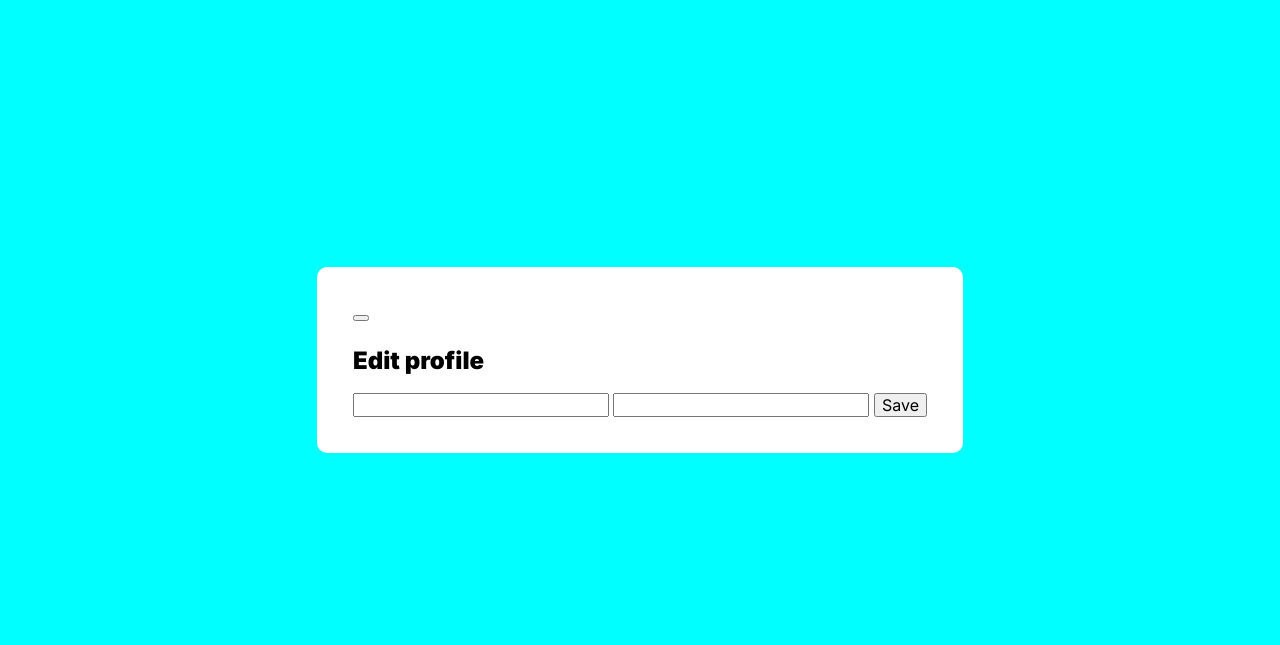
Repository: luisbaezx/se_project_aroundtheus
Page: index.html
These files come from the project's save history. The page is drawn as it stood at one moment and after the next save; the edit follows.
The browser window is 1280 px wide. The pictures show the window.
A layer covers the whole window, so only the first screen is drawn.

Above is the page before, as saved 2024-09-15 14:56:44.

### index.html
<!DOCTYPE html>
<html lang="en">
  <head>
    <meta charset="UTF-8" />
    <meta name="viewport" content="width=device-width, initial-scale=1" />
    <title>Around the U.S</title>
    <meta name="author" content="Luis Baez" />
    <link rel="stylesheet" href="pages/index.css" />
  </head>
  <body class="page">
    <div class="page__content">
      <header class="header page__section">
        <img
          src="./images/logo.svg"
          alt="Around the U.S. Logo"
          class="header__image"
        />
      </header>
      <main class="content">
        <section class="profile page__section">
          <img
            src="./images/jacques-cousteau.jpg"
            alt="Avatar"
            class="profile__image"
          />
          <div class="profile__info">
            <h1 class="profile__title">Jacques Cousteau</h1>
            <button class="profile__edit-button" type="button"></button>
            <p class="profile__description">Explorer</p>
          </div>
          <button class="profile__add-button" type="button"></button>
        </section>
        <section class="cards page__section">
          <ul class="cards__list">
            <li class="card">
              <img
                src="./images/yosemite.jpg"
                alt="Yosemite"
                class="card__image"
              />
              <div class="card__description">
                <h2 class="card__title">Yosemite Valley</h2>
                <button class="card__like-button" type="button"></button>
              </div>
            </li>
            <li class="card">
              <img
                src="./images/lake-louise.jpg"
                alt="Lake Louise"
                class="card__image"
              />
              <div class="card__description">
                <h2 class="card__title">Lake Louise</h2>
                <button class="card__like-button" type="button"></button>
              </div>
            </li>
            <li class="card">
              <img
                src="./images/bald-mountains.jpg"
                alt="Bald Mountains"
                class="card__image"
              />
              <div class="card__description">
                <h2 class="card__title">Bald Mountains</h2>
                <button class="card__like-button" type="button"></button>
              </div>
            </li>
            <li class="card">
              <img
                src="./images/latemar.jpg"
                alt="Laterman"
                class="card__image"
              />
              <div class="card__description">
                <h2 class="card__title">Latemar</h2>
                <button class="card__like-button" type="button"></button>
              </div>
            </li>
            <li class="card">
              <img
                src="./images/vanoise.jpg"
                alt="Vanoise"
                class="card__image"
              />
              <div class="card__description">
                <h2 class="card__title">Vanoise National Park</h2>
                <button class="card__like-button" type="button"></button>
              </div>
            </li>
            <li class="card">
              <img src="./images/lago.jpg" alt="Lago" class="card__image" />
              <div class="card__description">
                <h2 class="card__title">Lago di Braies</h2>
                <button class="card__like-button" type="button"></button>
              </div>
            </li>
          </ul>
        </section>
      </main>
      <footer class="footer">
        <p class="footer__copyright">&copy; 2024 Around The U.S.</p>
      </footer>
    </div>
    <div class="modal">
      <div class="modal__container">
        <button class="modal__close"></button>
        <p class="modal__heading">Edit profile</p>
        <form class="modal__form">
          <input type="text" name="title" />
          <input type="text" name="description" />
          <button class="modal__button">Save</button>
        </form>
      </div>
    </div>
    <script src="./scripts/index.js"></script>
  </body>
</html>

### pages/index.css
@import url("../vendor/normalize.css");
@import url("../vendor/fonts.css");
@import url("../blocks/page.css");
@import url("../blocks/header.css");
@import url("../blocks/profile.css");
@import url("../blocks/cards.css");
@import url("../blocks/card.css");
@import url("../blocks/footer.css");
@import url("../blocks/modal.css");

### blocks/page.css
.page {
  font-family: Inter, Arial, Helvetica, sans-serif;
  background-color: black;
  color: white;
}

.page__section {
  max-width: 880px;
  width: 100%;
  position: relative;
  margin: 0 auto;
}

.page__content {
  display: flex;
  flex-direction: column;
  min-height: 100vh;
  padding: 0 20px;
}
@media screen and (max-width: 450px) {
  .page__section {
    max-width: none;
  }
}

### blocks/header.css
.header {
  margin-top: 45px;
  border-width: 880px;
  border-bottom: 1px solid rgba(84, 84, 84, 0.7);
  padding-bottom: 41px;
}

.header__image {
  width: 173px;
  height: 33px;
}
@media screen and (max-width: 450px) {
  .header {
    margin-top: 28px;
    padding-bottom: 28px;
  }

  .header__image {
    width: 126px;
    height: 24px;
  }
}

### blocks/profile.css
.profile {
  display: flex;
  align-items: center;
  padding-top: 40px;
  min-width: 282px;
}

.profile__info {
  display: grid;
  grid-template-areas:
    "title button"
    "description description";
  grid-template-columns: minmax(auto, 375px) auto;
  margin-right: 12px;
  align-items: center;
  gap: 15px;
}

.profile__edit-button {
  background: transparent url(../images/edit-icon.svg) center no-repeat;
  height: 24px;
  width: 24px;
  grid-area: button;
  border: 1px white solid;
  white-space: nowrap;
  overflow: hidden;
}

.profile__edit-button:hover {
  opacity: 0.6;
  cursor: pointer;
}

.profile__add-button {
  background: transparent url(../images/add-icon.svg) center no-repeat;
  width: 150px;
  height: 50px;
  margin-left: auto;
  border: 2px white solid;
  border-radius: 2px;
  transition: opacity 0.3s ease-in;
}

.profile__add-button:hover {
  opacity: 0.6;
  cursor: pointer;
}
.profile__title {
  font-size: 42px;
  line-height: 48px;
  font-weight: 500;
  grid-area: title;
  margin: 0;
  text-overflow: ellipsis;
  white-space: nowrap;
  overflow: hidden;
}

.profile__description {
  font-size: 18px;
  line-height: 22px;
  font-weight: 400;
  grid-area: description;
  margin: 0;
  text-overflow: ellipsis;
  white-space: nowrap;
  overflow: hidden;
  max-width: 370px;
}

.profile__image {
  height: 120px;
  width: 120px;
  border-radius: 50%;
  object-fit: cover;
  object-position: center;
  margin-right: 24px;
}

@media screen and (max-width: 770px) {
  .profile {
    flex-direction: column;
  }

  .profile__info {
    display: flex;
    flex-wrap: wrap;
    justify-content: center;
    width: 100%;
  }

  .profile__description {
    width: 100%;
    text-align: center;
    margin-bottom: 40px;
  }

  .profile__add-button {
    margin: 0;
    width: 80%;
  }
}

@media screen and (max-width: 450px) {
  .profile {
    justify-content: space-around;
    padding-top: 42;
  }
  .profile__title {
    font-size: 22px;
  }

  .profile__description {
    font-size: 14px;
    line-height: 16.94px;
    margin-bottom: 36px;
  }

  .profile__edit-button {
    width: 18px;
    height: 18px;
    display: flex;
    justify-content: flex-end;
  }

  .profile__add-button {
    width: 282px;
  }

  .profile__image {
    margin: 0;
    min-width: auto;
  }
}

### blocks/cards.css
.cards {
  margin-top: 30px;
  border-radius: 10px;
}

.card__list {
  display: grid;
  justify-content: center;
  grid-template-columns: repeat(auto-fit, 282px);
  grid-gap: 20px 17px;
  padding: 0;
  margin: 0;
}

.card {
  display: flex;
  flex-direction: column;
  list-style: none;
  border-radius: 10px;
  overflow: hidden;
}

.card__image {
  width: 282px;
  height: 282px;
}

.card__title {
  max-width: 220px;
  font-size: 24px;
  font-weight: 900;
  line-height: 29px;
  text-overflow: ellipsis;
  white-space: nowrap;
  overflow: hidden;
  margin: 0;
}

.card__description {
  display: flex;
  background-color: white;
  color: black;
  padding-top: 25px;
  padding-bottom: 25px;
  padding-left: 20px;
  padding-right: 20px;
  align-items: center;
  justify-content: space-between;
}

.card__like-button {
  background: transparent url(../images/like-inactive.svg) center no-repeat;
  width: 21px;
  height: 18px;
  border: none;
  transition: opacity 0.3s ease;
}

.card__like-button:hover {
  opacity: 0.5;
}

### blocks/card.css
.card {
  display: flex;
  flex-direction: column;
  list-style: none;
  border-radius: 10px;
  overflow: hidden;
}

.card__image {
  width: 282px;
  height: 282px;
}

.card__title {
  max-width: 220px;
  font-size: 24px;
  font-weight: 900;
  line-height: 29px;
  text-overflow: ellipsis;
  white-space: nowrap;
  overflow: hidden;
  margin: 0;
}

.card__description {
  display: flex;
  background-color: white;
  color: black;
  padding-top: 25px;
  padding-bottom: 25px;
  padding-left: 20px;
  padding-right: 20px;
  align-items: center;
  justify-content: space-between;
}

.card__like-button {
  background: transparent url(../images/like-active.svg) center no-repeat;
  width: 21px;
  height: 18px;
  border: none;
  transition: opacity 0.3s ease-in;
}

.card__like-button:hover {
  opacity: 0.5;
  cursor: pointer;
}

### blocks/footer.css
.footer {
  width: 100%;
  max-width: 880px;
  margin: 0 auto;
  text-align: left;
}

.footer__copyright {
  color: #545454;
  margin-left: auto;
  margin-right: auto;
  margin-top: 67px;
}

@media screen and (max-width: 600px) {
  .footer {
    max-width: 282px;
  }

  .footer__copyright {
    font-size: 14px;
    margin-top: 40px;
    margin-bottom: 36px;
  }
}

### blocks/modal.css
.modal {
  position: fixed;
  top: 0;
  left: 0;
  bottom: 0;
  right: 0;
  background-color: aqua;
  z-index: 999;
  display: flex;
}

.modal__container {
  background-color: #fff;
  margin: auto;
  padding: 36px;
  border-radius: 10px;
}

.modal__heading {
  color: black;
  width: 330px;
  height: 23px;
  top: 229px;
  left: 461px;
  gap: 0px;
  opacity: 0px;
  font-family: Inter;
  font-size: 24px;
  font-weight: 900;
  line-height: 29.05px;
  text-align: left;
}

.modal__button {
}

### scripts/index.js
const initialCards = [
  {
    name: "Yosimite Valley",
    link: "https://practicum-content.s3.us-west-1.amazonaws.com/software-engineer/around-project/yosemite.jpg",
  },
  {
    name: "Lake Louise",
    link: "https://practicum-content.s3.us-west-1.amazonaws.com/software-engineer/around-project/lake-louise.jpg",
  },
  {
    name: "Bald Mountains",
    link: "https://practicum-content.s3.us-west-1.amazonaws.com/software-engineer/around-project/bald-mountains.jpg",
  },
  {
    name: "Latemar",
    link: "https://practicum-content.s3.us-west-1.amazonaws.com/software-engineer/around-project/latemar.jpg",
  },
  {
    name: "Vanoise National Park",
    link: "https://practicum-content.s3.us-west-1.amazonaws.com/software-engineer/around-project/vanoise.jpg",
  },
  {
    name: "Lago di Braies",
    link: "https://practicum-content.s3.us-west-1.amazonaws.com/software-engineer/around-project/lago.jpg",
  },
];

console.log(initialCards);

Loaded but not shown: vendor/normalize.css (library); vendor/fonts.css (common file)

After the next save:
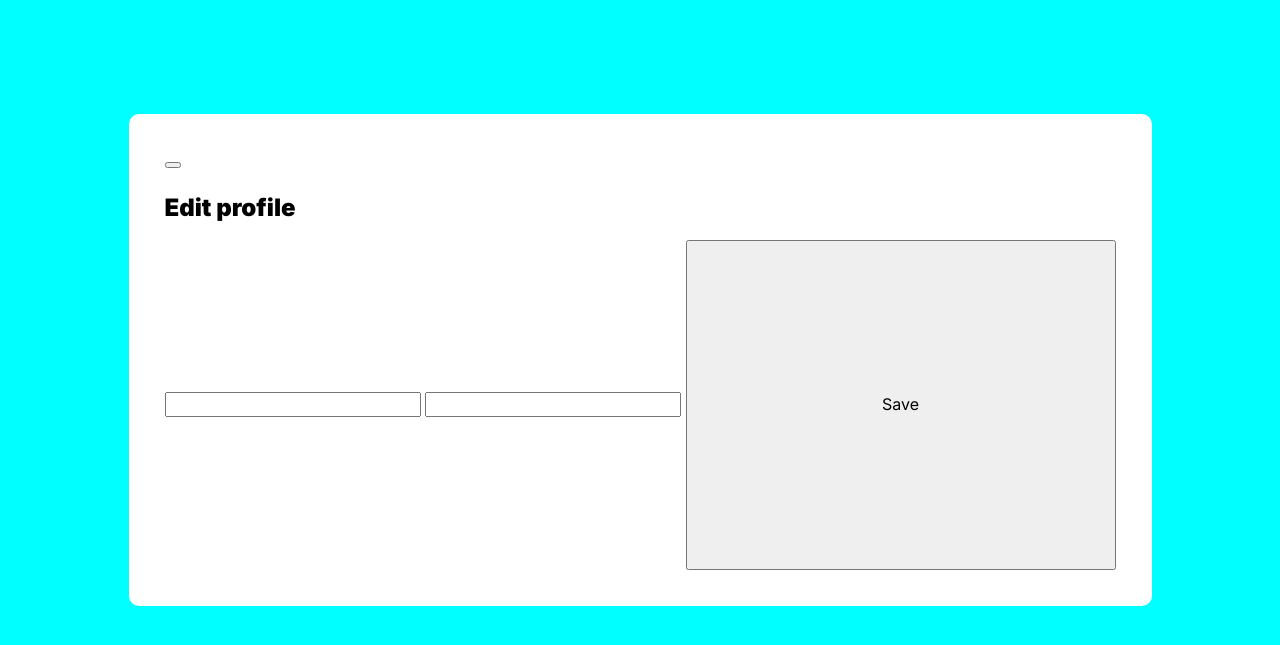
Saved 46 s later.
--- a/blocks/modal.css
+++ b/blocks/modal.css
@@ -32,4 +32,11 @@
 }
 
 .modal__button {
+  width: 430px;
+  height: 330px;
+  top: 195px;
+  left: 425px;
+  gap: 0px;
+  border: 1px 0px 0px 0px;
+  opacity: 0px;
 }
